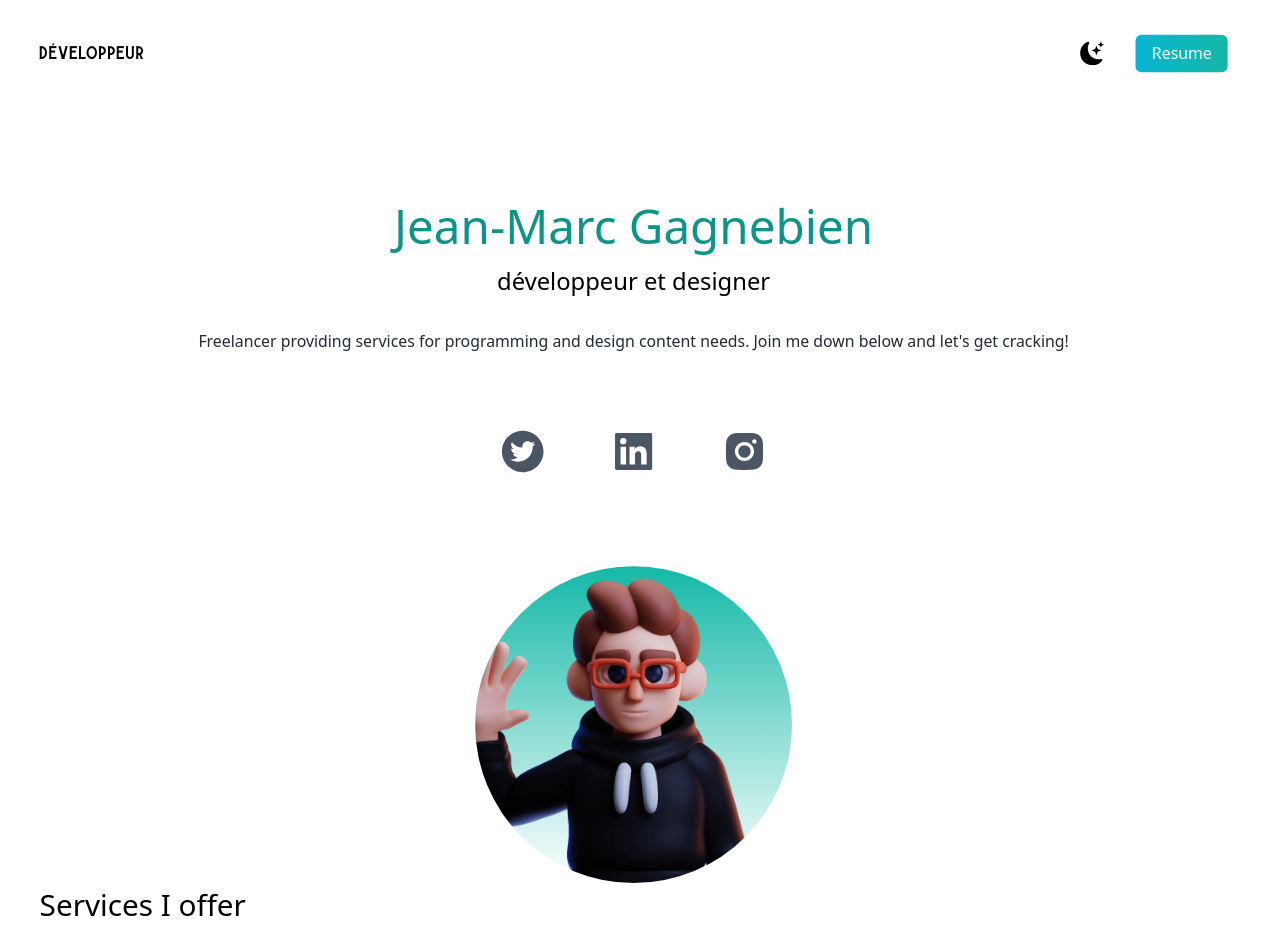
Repository: Jean-MarcG/portfoli_next
Page: /
These files come from the project's save history. The page is drawn as it stood at one moment and after the next save; the edit follows.
The browser window is 1280 px wide. The pictures show the whole page, at 99% of full size.
The project was rebuilt for these pictures with package versions that can differ from the ones it lists, and the page was loaded fresh each time. The framework's server and built-in components were replaced by stand-ins that run in the browser. Also part of the build but not shown: next.config.js.

Above is the page before, as saved 2023-04-01 17:46:23.

After the next save:
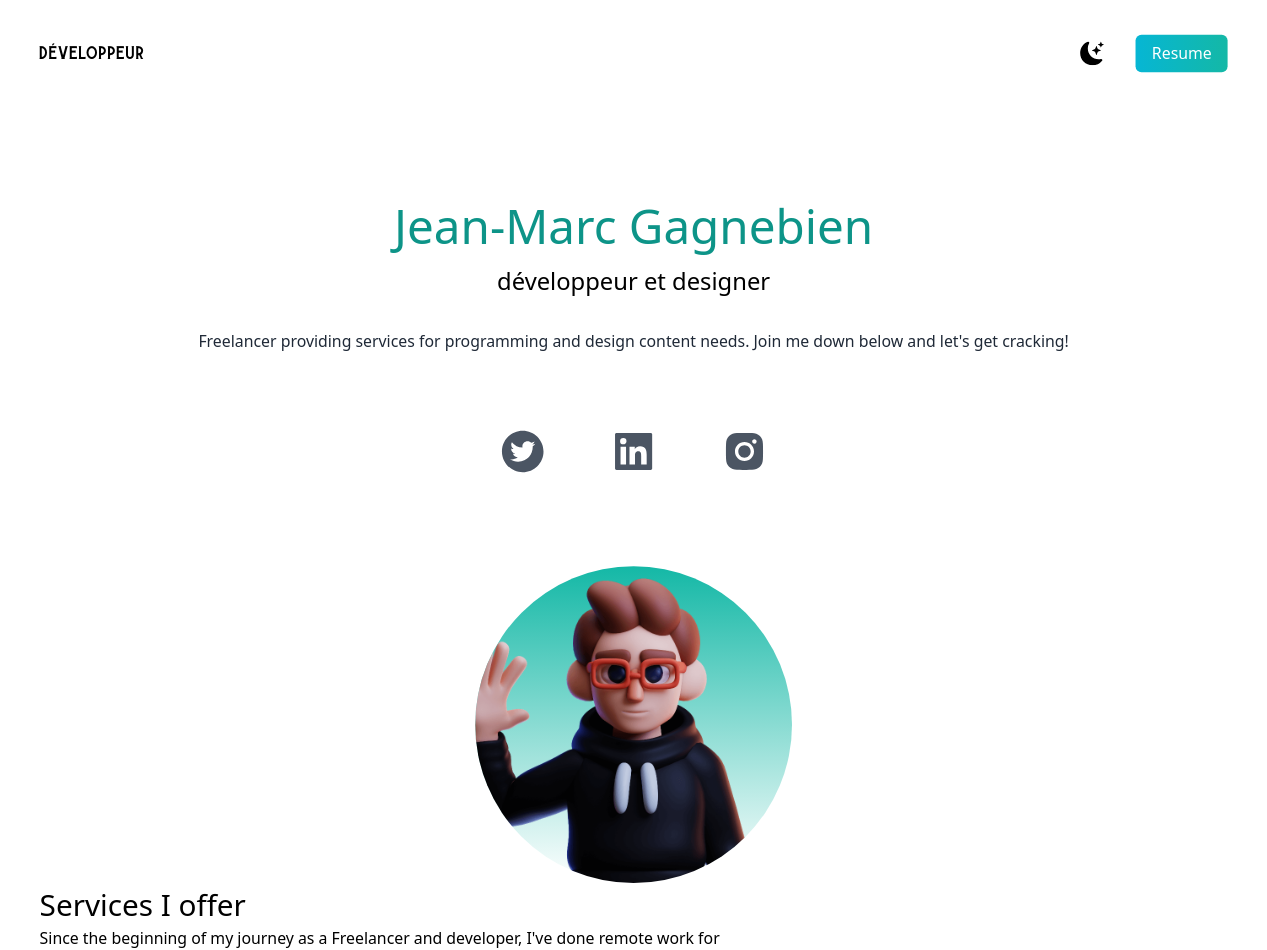
Saved 75 s later.
--- a/pages/index.js
+++ b/pages/index.js
@@ -46,7 +46,9 @@
         <section>
           <div>
             <h3 className='text-3xl py-1'>Services I offer</h3>
-            <p></p>
+            <p>
+              Since the beginning of my journey as a Freelancer and developer, I've done remote work for
+            </p>
           </div>
         </section>
 
